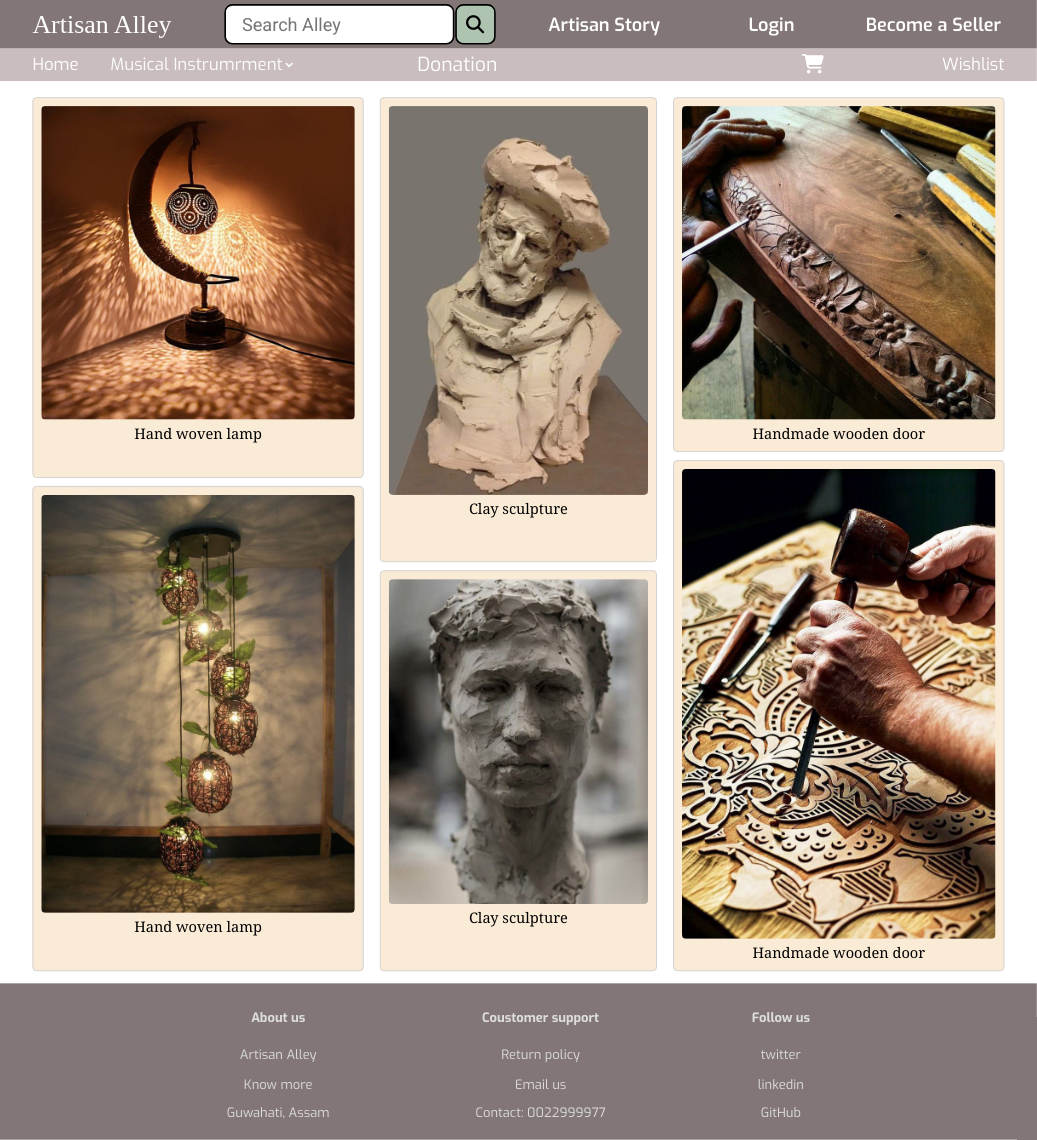
Repository: RingkhangBTY/Bytehacks_Hackathon_Project
Page: index.html
These files come from the project's save history. The page is drawn as it stood at one moment and after a run of saves; the edit follows.
The browser window is 1280 px wide. The pictures show the whole page, at 81% of full size.
Some web fonts or font styles are not loaded; a fallback is used.

Above is the page before, as saved 2024-11-27 09:57:57.

After the next 3 saves:
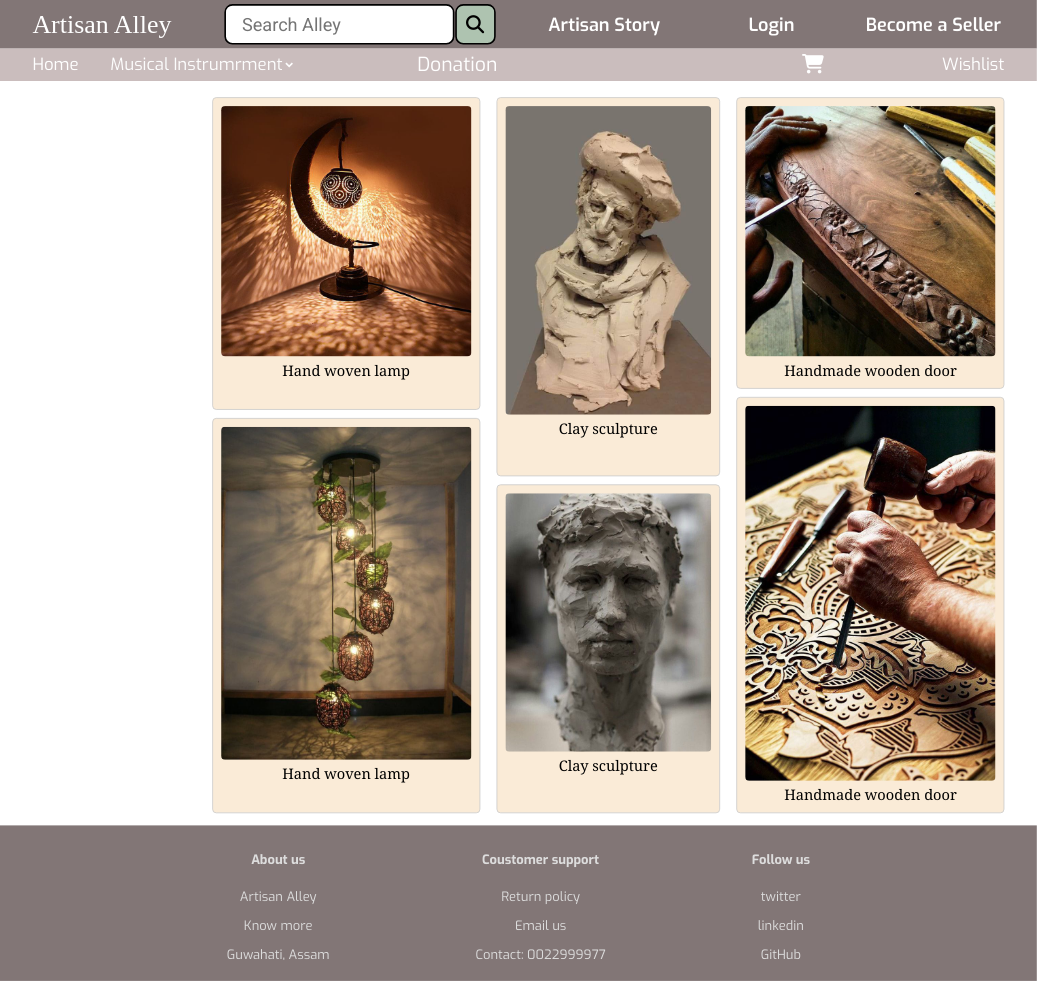
The 3 saves are shown as one change because they came seconds apart.
The last was saved 45 s later.
--- a/style.css
+++ b/style.css
@@ -176,7 +176,7 @@ body {
   width: auto;
 }
 .left-container{
-  padding-left: 30px;
+  padding-left: 20%;
 }
 .right-container{
   padding-right: 30px;
